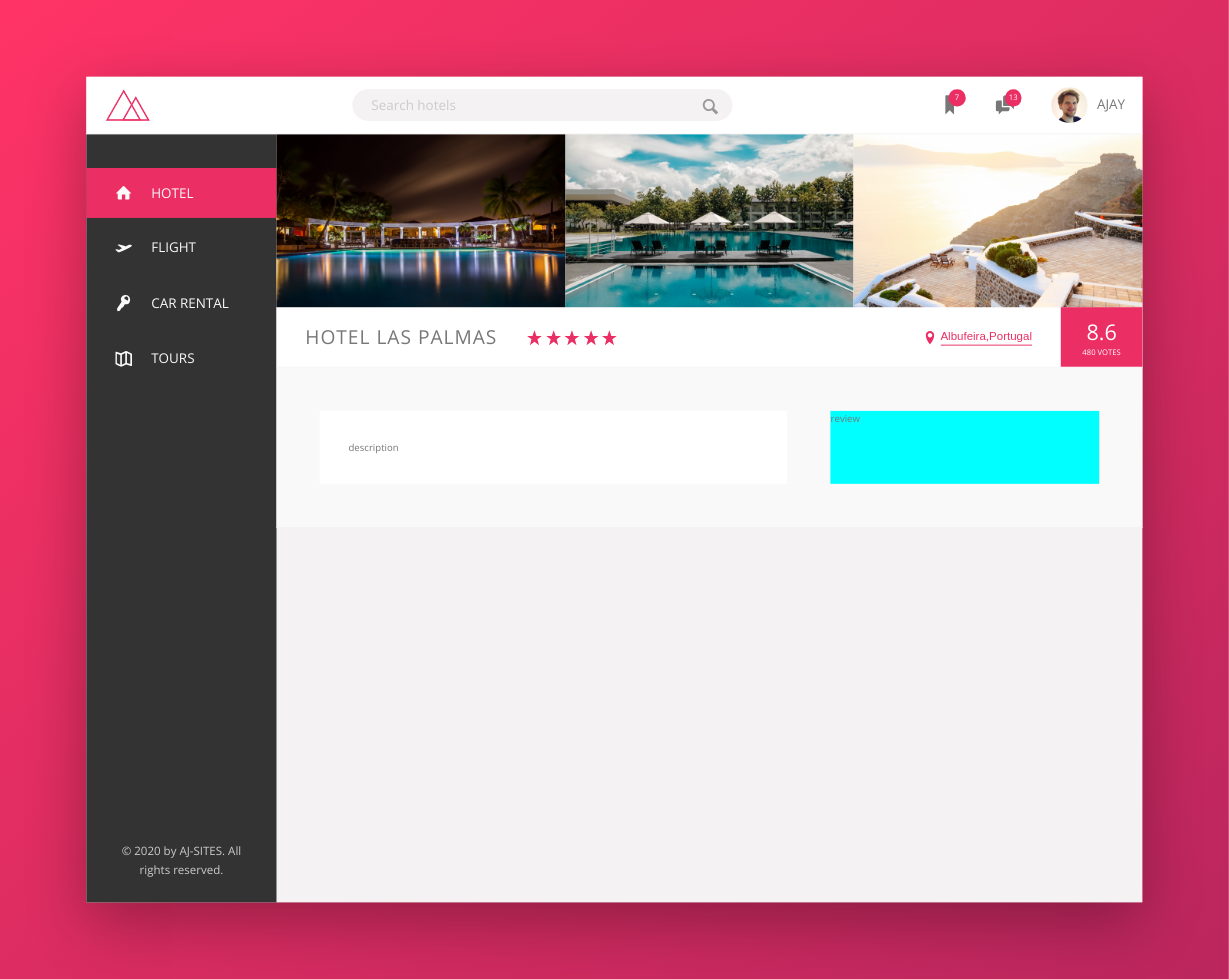
Repository: ajayaj2001/modern-Hotel
Page: /
The author's editor kept a copy of each file at every save. The page is drawn from the files as they stood at one save, then again after the next save.
The browser window is 1280 px wide. The pictures show the whole page, at 96% of full size.
The project was rebuilt for these pictures with package versions that can differ from the ones it lists, and the page was loaded fresh each time.

Above is the page before, as saved 2020-12-13 22:24:33.

### public/index.html
<!DOCTYPE html>
<html lang="en">

<head>
  <meta charset="utf-8" />
  <link rel="icon" href="%PUBLIC_URL%/favicon.ico" />
  <meta name="viewport" content="width=device-width, initial-scale=1" />
  <meta name="theme-color" content="#000000" />
  <meta name="description" content="Web site created using create-react-app" />
  <link rel="apple-touch-icon" href="%PUBLIC_URL%/logo192.png" />
  <link rel="preconnect" href="https://fonts.gstatic.com">
  <link href="https://fonts.googleapis.com/css2?family=Open+Sans:wght@300;400;600&display=swap" rel="stylesheet">
  <!--
      manifest.json provides metadata used when your web app is installed on a
      user's mobile device or desktop. See https://developers.google.com/web/fundamentals/web-app-manifest/
    -->
  <link rel="manifest" href="%PUBLIC_URL%/manifest.json" />
  <!--
      Notice the use of %PUBLIC_URL% in the tags above.
      It will be replaced with the URL of the `public` folder during the build.
      Only files inside the `public` folder can be referenced from the HTML.

      Unlike "/favicon.ico" or "favicon.ico", "%PUBLIC_URL%/favicon.ico" will
      work correctly both with client-side routing and a non-root public URL.
      Learn how to configure a non-root public URL by running `npm run build`.
    -->
  <title>React App</title>
</head>

<body>
  <noscript>You need to enable JavaScript to run this app.</noscript>
  <div id="root"></div>
  <!--
      This HTML file is a template.
      If you open it directly in the browser, you will see an empty page.

      You can add webfonts, meta tags, or analytics to this file.
      The build step will place the bundled scripts into the <body> tag.

      To begin the development, run `npm start` or `yarn start`.
      To create a production bundle, use `npm run build` or `yarn build`.
    -->
</body>

</html>

### src/index.js
import React from 'react';
import ReactDOM from 'react-dom';
import './index.scss';
import App from '../src/app/App';

ReactDOM.render(
  <React.StrictMode>
    <App />
  </React.StrictMode>,
  document.getElementById('root')
);

### src/index.scss
@import "../src/scss/reuse.scss";
* {
  margin: 0;
  padding: 0;
}
:root {
  --color-primary: #eb2f64;
  --color-primary-light: #ff3366;
  --color-primary-dark: #ba265d;

  --color-gray-light-1: #faf9f9;
  --color-gray-light-2: #f4f2f2;
  --color-gray-light-3: #f0eeee;
  --color-gray-light-4: #ccc;

  --color-gray-dark-1: #333;
  --color-gray-dark-2: #777;
  --color-gray-dark-3: #999;

  --line: 1px solid var(--color-gray-light-2);
  --shadow: 0 2rem 5rem rgba(0, 0, 0, 0.06);
}
*,
*::before,
*::after {
  box-sizing: inherit;
}
html {
  box-sizing: border-box;
  font-size: 62.5%; //1rem=10px 10px/16px=62.5%
}
body {
  font-family: "Open Sans", sans-serif;
  -webkit-font-smoothing: antialiased;
  -moz-osx-font-smoothing: grayscale;
  font-family: "Open Sans", sans-serif;
  font-weight: 400;
  line-height: 1.6;
  background-image: linear-gradient(to right bottom, var(--color-primary-light), var(--color-primary-dark));
  background-size: cover;
  background-repeat: no-repeat;
  min-height: 100vh;
  color: var(--color-gray-dark-2);
}

### src/app/App.js
import React from 'react';
import Header from '../header/Header';
import Navigation from '../navigation/Navigation'
import Hotelview from '../hotel-view/Hotelview'
import './App.scss';
function App() {
  return (
    <div className="container">
      <Header />
      <div className="content">
        <Navigation />
        <Hotelview />
      </div>
    </div>
  );
}

export default App;

### src/scss/reuse.scss
// variables

// $primary: #eb2f64;
// $primary-light: #ff3366;
// $primary-dark: #ba265d;

// $gray-light-1: #faf9f9;
// $gray-light-2: #f4f2f2;
// $gray-light-3: #f0eeee;

// $gray-dark-1: #333;
// $gray-dark-2: #777;
// $gray-dark-3: #999;

### src/header/Header.js
import React from 'react'
import './Header.scss';
import logo from '../img/logo.png';
import user from '../img/user.jpg';
import svg from '../img/sprite.svg'
const Header = () => {
    return (
        <div className="header">
            <img src={logo} alt="logo" className="logo" />

            <form action="#" className="search">
                <input type="text" className="search__input" placeholder="Search hotels" />
                <button className="search__button">
                    <svg className="search__icon">
                        <use xlinkHref={`${svg}#icon-magnifying-glass`}></use>
                    </svg>
                </button>
            </form>
            <nav className="user-nav">
                <div className="user-nav__icon-box">
                    <svg className="user-nav__icon">
                        <use xlinkHref={`${svg}#icon-bookmark`}></use>
                    </svg>
                    <span className="user-nav__notification">7</span>
                </div>
                <div className="user-nav__icon-box">
                    <svg className="user-nav__icon">
                        <use xlinkHref={`${svg}#icon-chat`}></use>
                    </svg>
                    <span className="user-nav__notification">13</span>
                </div>
                <div className="user-nav__user">
                    <img src={user} alt="user-profile" className="user-nav__user-photo" />
                    <span className="user-nav__user-name">AJAY</span>
                </div>
            </nav>
        </div>
    )
}

export default Header

### src/navigation/Navigation.js
import React from 'react'
import './Navigation.scss'
import svg from '../img/sprite.svg'
const Navigation = () => {
    return (
        <React.Fragment>
            <nav className="sidebar">
                <ul className="side-nav">
                    <li className="side-nav__item side-nav__item--active">
                        <a href="#home" className="side-nav__link">
                            <svg className="side-nav__icon">
                                <use xlinkHref={`${svg}#icon-home`}></use>
                            </svg>
                            <span className="side-nav__text">hotel</span>
                        </a>
                    </li>
                    <li className="side-nav__item">
                        <a href="#flight" className="side-nav__link">
                            <svg className="side-nav__icon">
                                <use xlinkHref={`${svg}#icon-aircraft-take-off`}></use>
                            </svg>
                            <span className="side-nav__text">flight</span>
                        </a>
                    </li>
                    <li className="side-nav__item">
                        <a href="#car-rental" className="side-nav__link">
                            <svg className="side-nav__icon">
                                <use xlinkHref={`${svg}#icon-key`}></use>
                            </svg>
                            <span className="side-nav__text">car rental</span>
                        </a>
                    </li>
                    <li className="side-nav__item">
                        <a href="#tours" className="side-nav__link">
                            <svg className="side-nav__icon">
                                <use xlinkHref={`${svg}#icon-map`}></use>
                            </svg>
                            <span className="side-nav__text">tours</span>
                        </a>
                    </li>
                </ul>
                <div className="legal">
                    &copy; 2020 by AJ-SITES. All rights reserved.
                </div>
            </nav>
        </React.Fragment>
    )
}

export default Navigation

### src/hotel-view/Hotelview.js
import React from 'react'
import './Hotelview.scss'
import Overview from './overview/Overview'
const Hotelview = () => {
    return (
        <React.Fragment>
            <main className="hotelview">
                <Overview />
                <div className="detail">
                    <div className="description">description</div>
                    <div className="review">review</div>
                </div>
            </main>
        </React.Fragment>
    )
}

export default Hotelview

### src/app/App.scss
.container {
    max-width: 110rem;
    margin: 8rem auto;
    background-color: var(--color-gray-light-2);
    box-shadow: 0 2rem 6rem rgba(black, 0.3);
    min-height: 50rem;
}
.content {
    display: flex;
}

### src/header/Header.scss
.header {
    height: 6rem;
    background-color: #fff;
    border-bottom: var(--line);
    display: flex;
    justify-content: space-between;
    align-items: center;
}
.logo {
    height: 3.25rem;
    margin-left: 2rem;
}
.search {
    display: flex;
    flex: 0 0 40%;
    align-items: center;
    justify-content: center;

    &__input {
        font-family: inherit;
        font-size: 1.4rem;
        color: inherit;
        background-color: var(--color-gray-light-2);
        border: none;
        padding: 0.7rem 2rem;
        border-radius: 10rem;
        width: 90%;
        transition: all 0.3s;
        margin-right: -3.25rem;
        &:focus {
            outline: none;
            width: 100%;
            background-color: var(--color-gray-light-3);
        }
        &::-webkit-input-placeholder {
            font-weight: 100;
            color: var(--color-gray-light-4);
        }
    }
    &__input:focus + &__button {
        background-color: var(--color-gray-light-3);
    }
    &__button {
        height: 2.8rem;
        border: none;
        background-color: var(--color-gray-light-2);
        &:focus {
            outline: none;
        }
        &:active {
            transform: translateY(2px);
        }
    }
    &__icon {
        height: 3rem;
        width: 2rem;
        fill: var(--color-gray-dark-3);
    }
}

.user-nav {
    align-self: stretch;
    display: flex;
    align-items: center;
    cursor: pointer;
    & > * {
        height: 100%;
        padding: 0 1.8rem;
        display: flex;
        align-items: center;
    }
    & > *:hover {
        background-color: var(--color-gray-light-2);
    }
    &__icon-box {
        position: relative;
    }
    &__icon {
        height: 2.25rem;
        width: 2.25rem;
        fill: var(--color-gray-dark-2);
    }
    &__notification {
        font-size: 0.8rem;
        height: 1.75rem;
        width: 1.75rem;
        border-radius: 50%;
        background-color: var(--color-primary);
        color: #fff;
        position: absolute;
        top: 1.3rem;
        right: 1.3rem;
        display: flex;
        justify-content: center;
        align-items: center;
    }
    &__user-photo {
        height: 3.75rem;
        border-radius: 50%;
        margin-right: 1rem;
    }
    &__user-name {
        font-size: 1.4rem;
    }
}

### src/navigation/Navigation.scss
.sidebar {
    background-color: var(--color-gray-dark-1);
    flex: 0 0 18%;
    display: flex;
    flex-direction: column;
    justify-content: space-between;
}
.side-nav {
    font-size: 1.4rem;
    list-style: none;
    margin-top: 3.5rem;
    &__item {
        position: relative;
        &:not(:last-child) {
            margin-bottom: 0.5rem;
        }
    }
    &__item::before {
        content: "";
        position: absolute;
        top: 0;
        left: 0;
        height: 100%;
        width: 3px;
        background-color: var(--color-primary);
        transform: scaleY(0);
        transition: transform 0.2s, width 0.4s cubic-bezier(1, 0, 0, 1) 0.2s, background-color 0.1s;
    }
    &__item:hover::before,
    &__item--active::before {
        transform: scaleY(1);
        width: 100%;
    }
    &__item:active::before {
        background-color: var(--color-primary-light);
    }
    &__link:link,
    &__link:visited {
        position: relative;
        color: var(--color-gray-light-1);
        text-decoration: none;
        text-transform: uppercase;
        display: block;
        padding: 1.5rem 3rem;
        display: flex;
        align-items: center;
        z-index: 20;
    }
    &__icon {
        width: 1.75rem;
        height: 1.75rem;
        fill: currentColor;
        margin-right: 2rem;
    }
}
.legal {
    font-size: 1.2rem;
    text-align: center;
    padding: 2.5rem;
    color: var(--color-gray-light-4);
}

### src/hotel-view/Hotelview.scss
.hotelview {
    flex: 1;
    height: 80rem;
}
.detail {
    display: flex;
    padding: 4.5rem;
    background-color: var(--color-gray-light-1);
    border-bottom: var(--line);
}
.description {
    flex: 0 0 60%;
    background-color: #fff;
    margin-right: 4.5rem;
    box-sizing: 0 2rem 5rem rgba(0, 0, 0, 0.06);
    padding: 3rem;
}
.review {
    flex: 1;
    background-color: aqua;
}

### src/hotel-view/overview/Overview.js
import React from 'react'
import './Overview.scss'
import hotel1 from '../../img/hotel-1.jpg'
import hotel2 from '../../img/hotel-2.jpg'
import hotel3 from '../../img/hotel-3.jpg'
import svg from '../../img/sprite.svg'
const Overview = () => {
    return (
        <React.Fragment>
            <div className="gallery">
                <figure className="gallery__item">
                    <img src={hotel1} alt="hotel building" className="gallery__photo" />
                </figure>
                <figure className="gallery__item">
                    <img src={hotel2} alt="hotel building" className="gallery__photo" />
                </figure>
                <figure className="gallery__item">
                    <img src={hotel3} alt="hotel building" className="gallery__photo" />
                </figure>
            </div>
            <div className="overview">
                <h1 className="overview__heading">
                    HOTEL LAS PALMAS
                </h1>
                <div className="overview__stars">
                    <svg className="overview__icon-star">
                        <use xlinkHref={`${svg}#icon-star`}></use>
                    </svg>
                    <svg className="overview__icon-star">
                        <use xlinkHref={`${svg}#icon-star`}></use>
                    </svg>
                    <svg className="overview__icon-star">
                        <use xlinkHref={`${svg}#icon-star`}></use>
                    </svg>
                    <svg className="overview__icon-star">
                        <use xlinkHref={`${svg}#icon-star`}></use>
                    </svg>
                    <svg className="overview__icon-star">
                        <use xlinkHref={`${svg}#icon-star`}></use>
                    </svg>
                </div>
                <div className="overview__location">
                    <svg className="overview__icon-location">
                        <use xlinkHref={`${svg}#icon-location-pin`}></use>
                    </svg>
                    <button className="btn-inline">Albufeira,Portugal</button>
                </div>
                <div className="overview__rating">
                    <div className="overview__rating-average">8.6</div>
                    <div className="overview__rating-count">480 votes</div>
                </div>
            </div>
        </React.Fragment>
    )
}

export default Overview

### src/hotel-view/overview/Overview.scss
.gallery {
    display: flex;
    &__photo {
        width: 100%;
        display: block;
    }
}

.overview {
    background-color: white;
    display: flex;
    align-items: center;
    border-bottom: var(--line);
    &__heading {
        font-size: 2rem;
        font-weight: 300;
        text-transform: uppercase;
        letter-spacing: 1px;
        padding: 1.5rem 3rem;
    }
    &__stars {
        margin-right: auto;
        display: flex;
    }
    &__icon-star,
    &__icon-location {
        width: 1.75rem;
        height: 1.75rem;
        fill: var(--color-primary);
        margin-right: 0.2rem;
    }
    &__location {
        font-size: 1.2rem;
        display: flex;
        align-items: center;
    }
    &__rating {
        align-self: stretch;
        align-items: center;
        background-color: var(--color-primary);
        padding: 0 2.25rem;
        color: #fff;

        display: flex;
        flex-direction: column;
        align-items: center;
        justify-content: center;
        margin-left: 3rem;
        &-average {
            font-size: 2.25rem;
            font-weight: 300;
            margin-bottom: -3px;
        }
        &-count {
            font-size: 0.8rem;
            text-transform: uppercase;
        }
    }
}

.btn-inline {
    border: none;
    color: var(--color-primary);
    font-size: inherit;
    border-bottom: 1px solid currentColor;
    padding-bottom: 2px;
    display: inline-block;
    background-color: transparent;
    cursor: pointer;
    transition: all 0.2s;
    &:hover {
        color: var(--color-gray-dark-1);
    }

    &:focus {
        outline: none;
        animation: pulsate 1s infinite;
    }
}

@keyframes pulsate {
    0% {
        transform: scale(1);
        box-shadow: none;
    }
    50% {
        transform: scale(1.03);
        box-shadow: 0 1rem 1rem rgba(0, 0, 0, 0.25);
    }
    100% {
        transform: scale(1);
        box-shadow: none;
    }
}

After the next save:
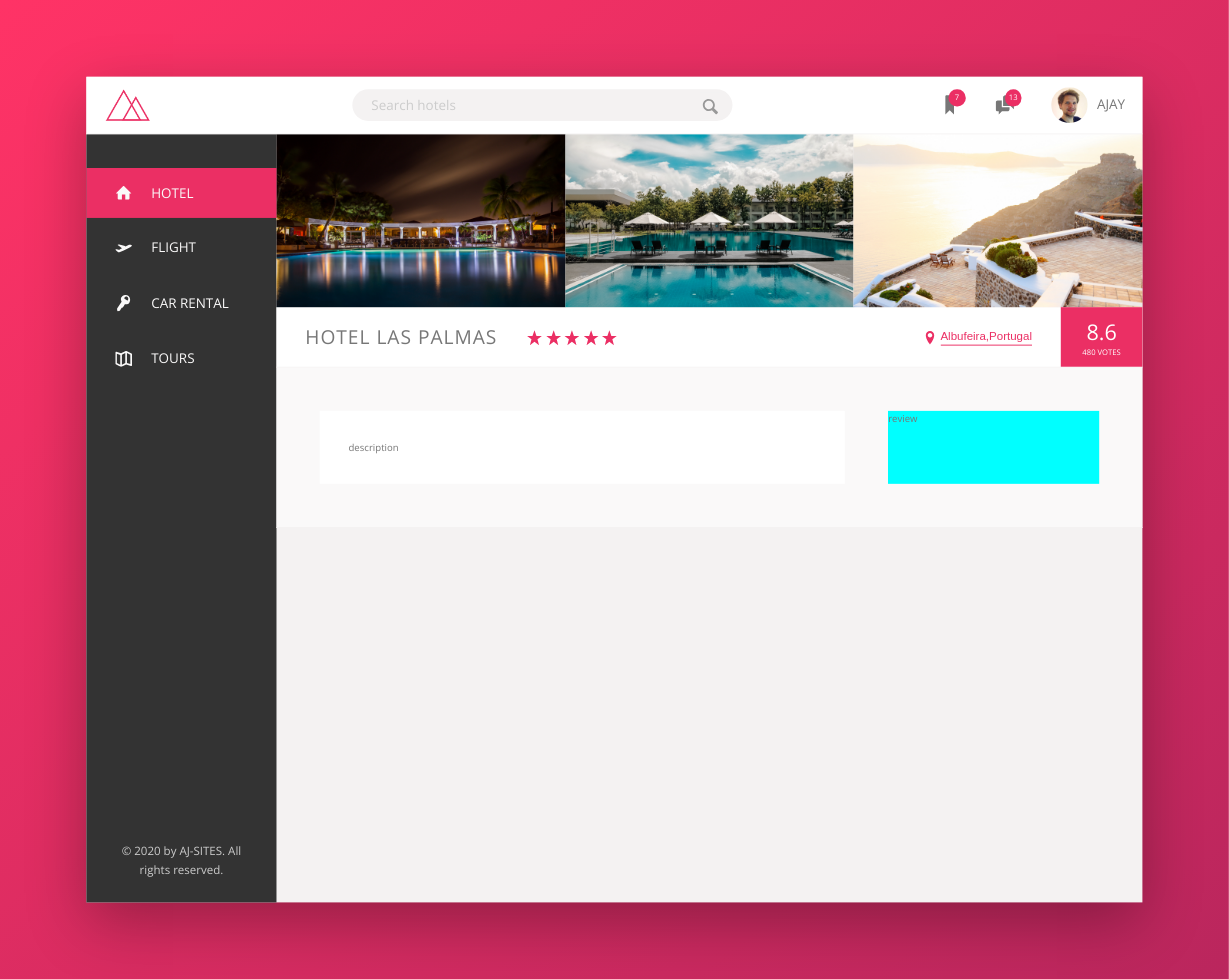
Saved 14 s later.
--- a/src/hotel-view/Hotelview.scss
+++ b/src/hotel-view/Hotelview.scss
@@ -12,7 +12,7 @@
     flex: 0 0 60%;
     background-color: #fff;
     margin-right: 4.5rem;
-    box-sizing: 0 2rem 5rem rgba(0, 0, 0, 0.06);
+    box-sizing: var(--shadow);
     padding: 3rem;
 }
 .review {

After the 3 saves that followed:
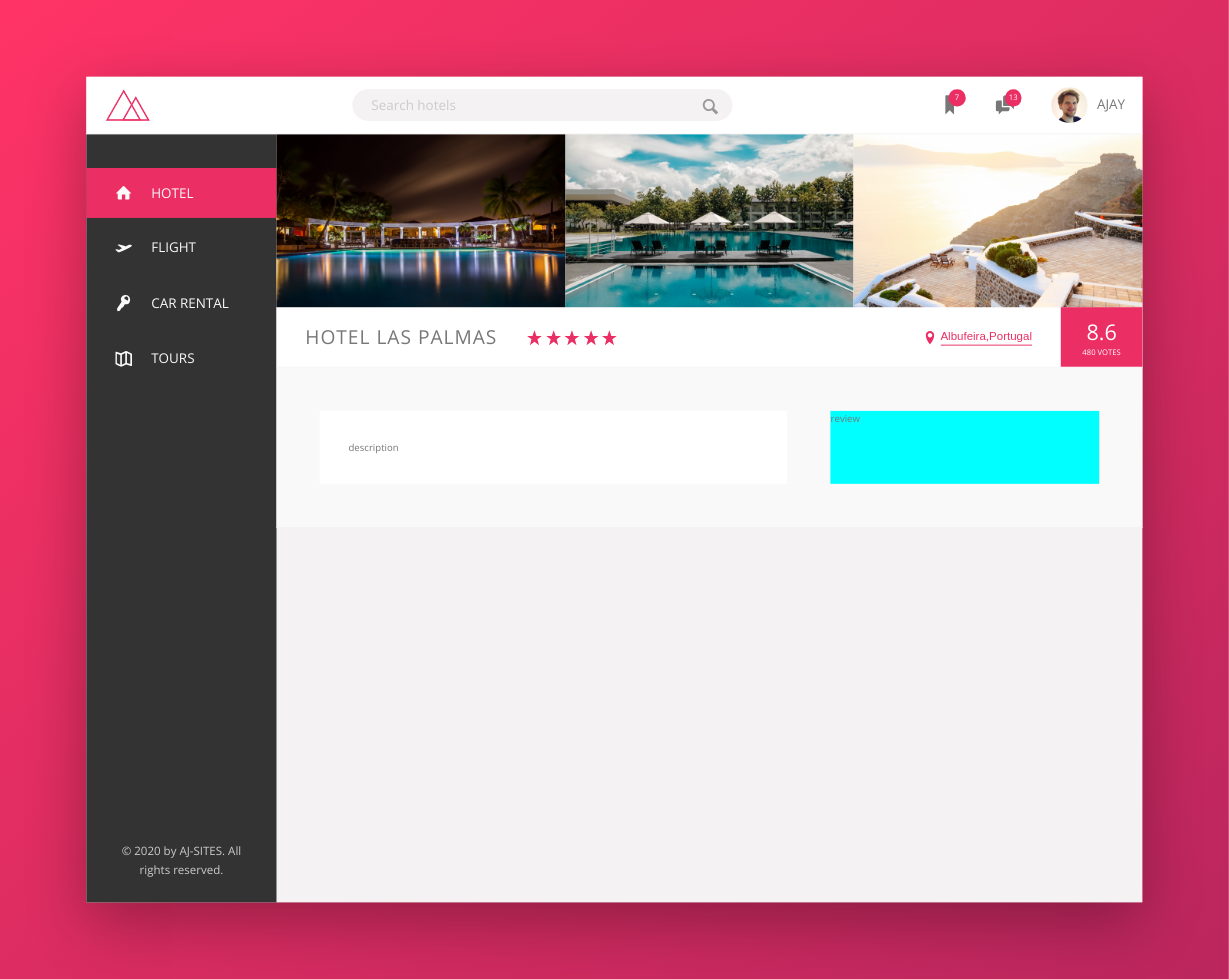
The 3 saves are shown as one change because 2 left the picture as it was.
The last was saved 61 s later.
--- a/src/index.scss
+++ b/src/index.scss
@@ -18,7 +18,7 @@
   --color-gray-dark-3: #999;
 
   --line: 1px solid var(--color-gray-light-2);
-  --shadow: 0 2rem 5rem rgba(0, 0, 0, 0.06);
+  --shadow-light: 0 2rem 5rem rgba(0, 0, 0, 0.06);
 }
 *,
 *::before,
--- a/src/hotel-view/Hotelview.scss
+++ b/src/hotel-view/Hotelview.scss
@@ -12,7 +12,7 @@
     flex: 0 0 60%;
     background-color: #fff;
     margin-right: 4.5rem;
-    box-sizing: var(--shadow);
+    // box-sizing: var(--shadow-light);
     padding: 3rem;
 }
 .review {
